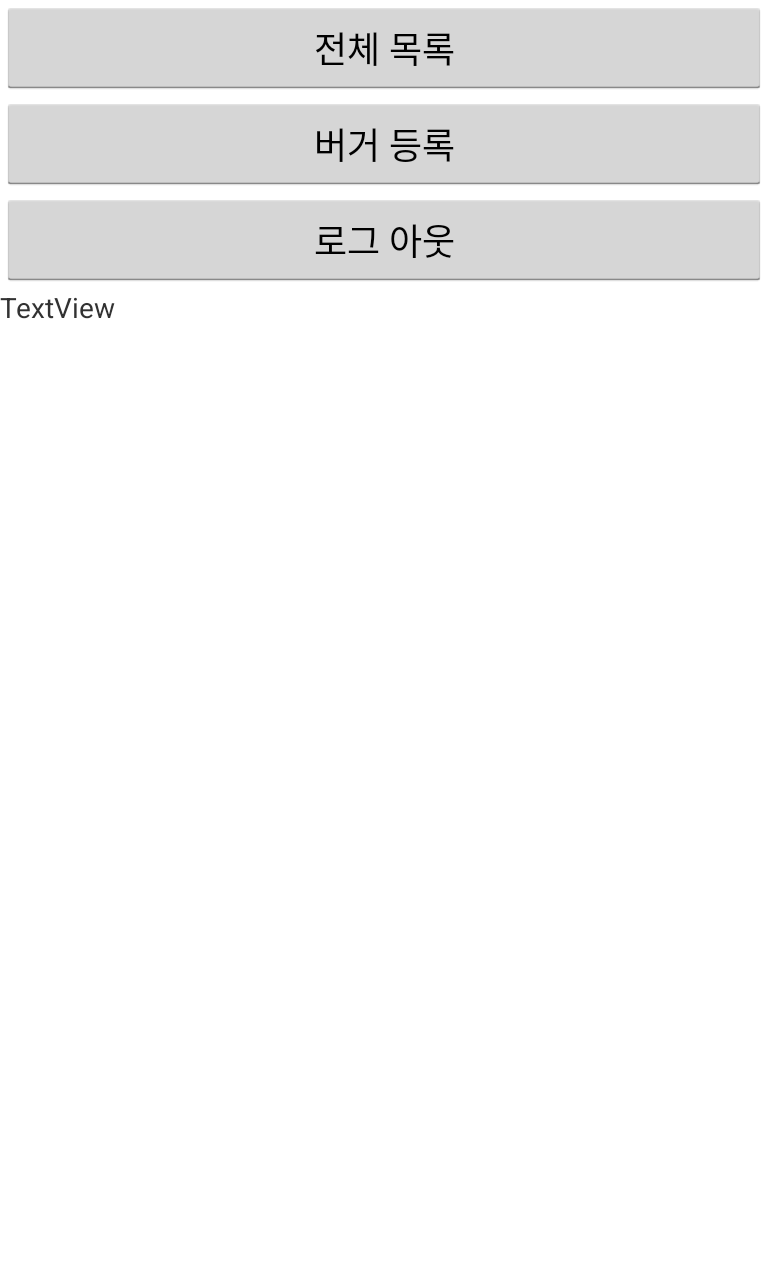
Repository: OnionLord/BurgerWIKI
Layout: burgerDicApp/BurgerDictionary/res/layout/burgermainlogin.xml
The author's editor kept a copy of each file at every save. The layout is drawn from the files as they stood at one save, then again after the next save.
It is drawn on a 768 x 1280 px phone screen (xhdpi) without system bars, with theme AppTheme; the app's code is not run.

Above is the layout before, as saved 2014-11-07 13:42:32.

After the next save:
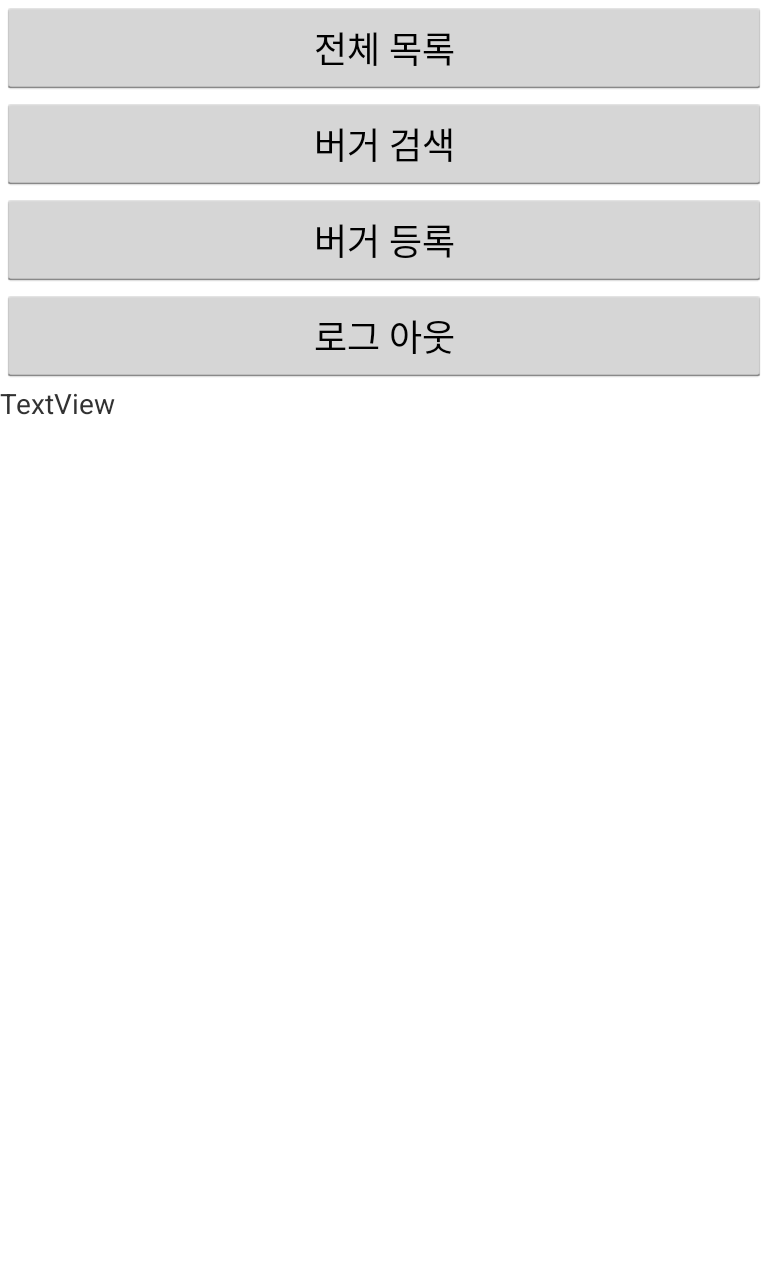
Saved 21 s later.
--- a/burgerDicApp/BurgerDictionary/res/layout/burgermainlogin.xml
+++ b/burgerDicApp/BurgerDictionary/res/layout/burgermainlogin.xml
@@ -9,7 +9,12 @@
         android:layout_height="wrap_content"
         android:onClick="onClickButton"
         android:text="전체 목록" />
-
+	<Button
+        android:id="@+id/main1_btn_search"
+        android:layout_width="fill_parent"
+        android:layout_height="wrap_content"
+        android:onClick="onClickButton"
+        android:text="버거 검색" />
     <Button
         android:id="@+id/main1_btn_add"
         android:layout_width="fill_parent"
